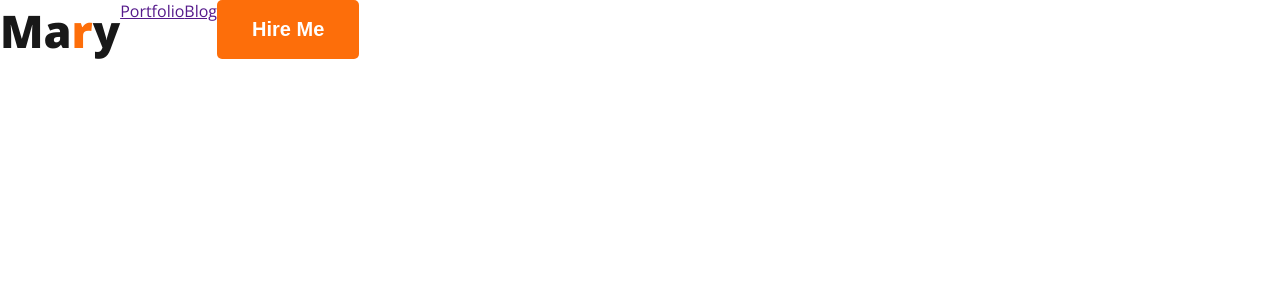
Repository: ShouravAhammed/Simple-Portfolio-Webpage
Page: index.html
These files come from the project's save history. The page is drawn as it stood at one moment and after the next save; the edit follows.
The browser window is 1280 px wide. The pictures show the whole page.

Above is the page before, as saved 2024-01-05 23:24:25.

### index.html
<!DOCTYPE html>
<html lang="en">
<head>
    <meta charset="UTF-8">
    <meta name="viewport" content="width=device-width, initial-scale=1.0">
    <title>Mary</title>
    <link rel="stylesheet" href="index.css">
</head>
<body>
    <header>
        <nav>
            <h3 class="nav-title">Ma<span class="text-primary">r</span>y</h3>
            <ul class="navber">
                <li><a href="">Portfolio</a></li>
                <li><a href="">Blog</a></li>
                <li><button class="btn-primary">Hire Me</button></li>
            </ul>
        </nav>
    </header>
    <main>

    </main>
    <footer>

    </footer>
</body>
</html>

### index.css
@import url('https://fonts.googleapis.com/css2?family=Lato:ital,wght@0,100;0,300;0,400;0,700;0,900;1,100;1,300;1,400;1,700;1,900&display=swap');
@import url('https://fonts.googleapis.com/css2?family=Open+Sans:ital,wght@0,300;0,400;0,500;0,600;0,700;0,800;1,300;1,400;1,500;1,600;1,700;1,800&display=swap');
/* google fonts import */
*{
    margin: 0;
    padding: 0;
    outline: 0;
}
ul, ol{
    list-style: none;
}
body{
    font-family: 'Open Sans', sans-serif;
}
.text-primary{
    color: #FD6E0A;
}
.btn-primary{
    border-radius: 5px;
    color: #fff;
    background: #FD6E0A;
    font-size: 20px;
    font-weight: 700;
    padding: 18px 35px;
    border: 0;
}
/* nav related style */
nav{
    display: flex;
}
.nav-title{
    color: #181818;
    font-size: 45px;
    font-weight: 800;
}
nav > ul{
    display: flex;
}

After the next save:
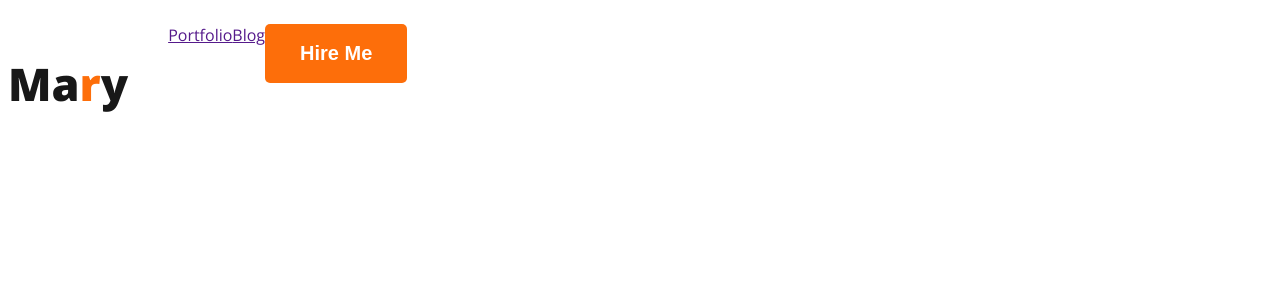
Saved 25 s later.
--- a/index.css
+++ b/index.css
@@ -1,11 +1,6 @@
 @import url('https://fonts.googleapis.com/css2?family=Lato:ital,wght@0,100;0,300;0,400;0,700;0,900;1,100;1,300;1,400;1,700;1,900&display=swap');
 @import url('https://fonts.googleapis.com/css2?family=Open+Sans:ital,wght@0,300;0,400;0,500;0,600;0,700;0,800;1,300;1,400;1,500;1,600;1,700;1,800&display=swap');
 /* google fonts import */
-*{
-    margin: 0;
-    padding: 0;
-    outline: 0;
-}
 ul, ol{
     list-style: none;
 }
